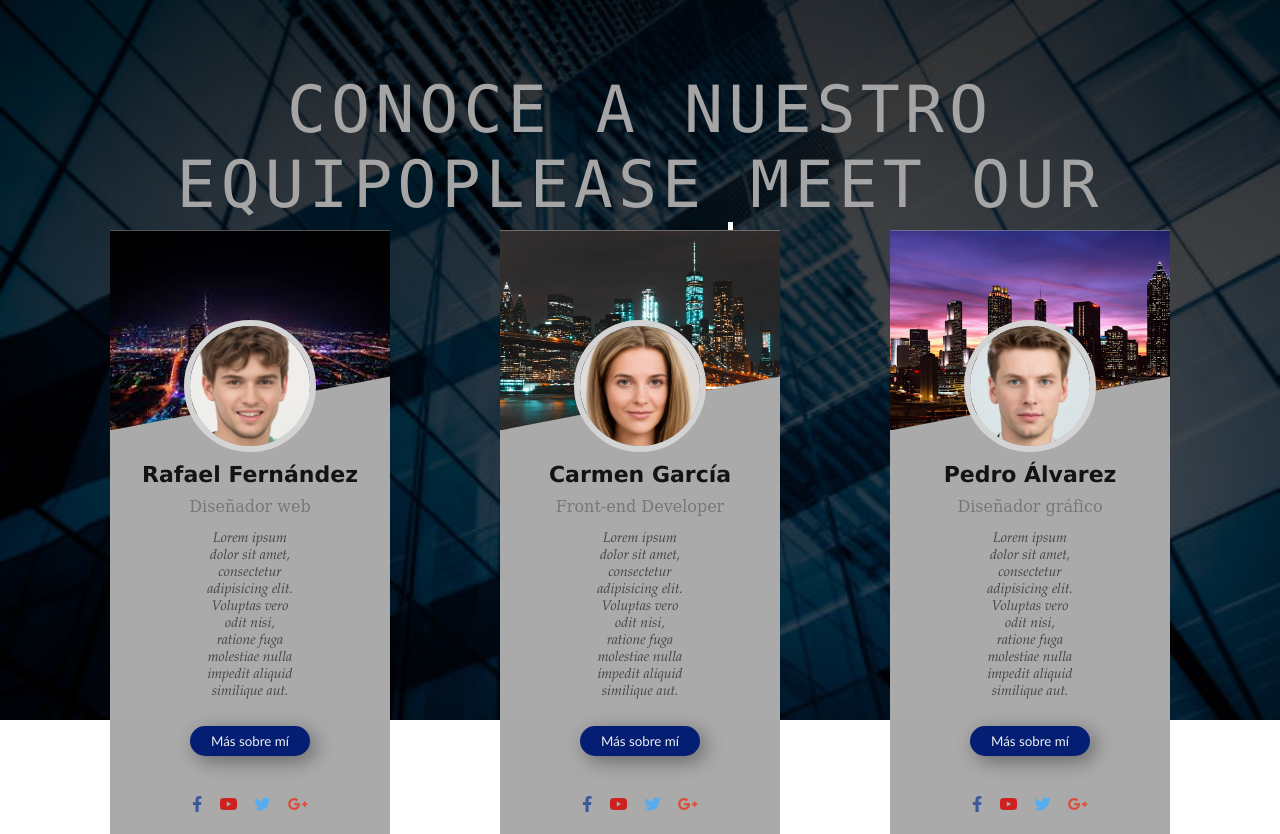
Repository: RaquelAlvarezz/Ejercicios-FormawebIV
Page: Equipo/index.html
These files come from the project's save history. The page is drawn as it stood at one moment and after the next save; the edit follows.
The browser window is 1280 px wide. The pictures show the whole page.

Above is the page before, as saved 2021-11-24 08:56:02.

### Equipo/index.html
<!DOCTYPE html>
<html lang="es">
<head>
  <meta charset="UTF-8">
  <meta http-equiv="X-UA-Compatible" content="IE=edge">
  <meta name="viewport" content="width=device-width, initial-scale=1.0">
  <title>Tarjetas equipo</title>
  <link rel="stylesheet" href="css/styles.css">
  <link rel="stylesheet" href="https://use.fontawesome.com/releases/v5.15.0/css/all.css" integrity="sha384-OLYO0LymqQ+uHXELyx93kblK5YIS3B2ZfLGBmsJaUyor7CpMTBsahDHByqSuWW+q" crossorigin="anonymous">
  <link rel="icon" href="https://w7.pngwing.com/pngs/506/152/png-transparent-computer-icons-teamwork-teamwork-miscellaneous-hand-logo-thumbnail.png">
</head>
<body cz-shortcut-listen="true">
	<div class="container">
		<div class="heading">Conoce a nuestro equipo</div>
		<div class="cards-wrapper">
			<div class="card">
				<img src="img/descarga.jpg" class="image-top" alt="">
				<img src="img/Rafa.jpg" class="profile-image" alt="">
				<h1 class="fullname">Rafael Fernández</h1>
				<p class="job">Diseñador web</p>
				<p class="about-me">Lorem ipsum dolor sit amet, consectetur adipisicing elit. Voluptas vero odit nisi, ratione fuga molestiae nulla impedit aliquid similique aut.</p>
				<button type="button">Más sobre mí</button>
				<ul class="social-icons">
					<li><a href="#"><i class="fab fa-facebook-f"></i></a></li>
					<li><a href="#"><i class="fab fa-youtube"></i></a></li>
					<li><a href="#"><i class="fab fa-twitter"></i></a></li>
					<li><a href="#"><i class="fab fa-google-plus-g"></i></a></li>
				</ul>
			</div>
			<div class="card">
				<img src="img/photo-1500632907344-a073709b2448.jpg" class="image-top" alt="">
				<img src="img/Carmen.jpg" class="profile-image" alt="">
				<h1 class="fullname">Carmen García</h1>
				<p class="job">Front-end Developer</p>
				<p class="about-me">Lorem ipsum dolor sit amet, consectetur adipisicing elit. Voluptas vero odit nisi, ratione fuga molestiae nulla impedit aliquid similique aut.</p>
				<button type="button">Más sobre mí</button>
				<ul class="social-icons">
					<li><a href="#"><i class="fab fa-facebook-f"></i></a></li>
					<li><a href="#"><i class="fab fa-youtube"></i></a></li>
					<li><a href="#"><i class="fab fa-twitter"></i></a></li>
					<li><a href="#"><i class="fab fa-google-plus-g"></i></a></li>
				</ul>
			</div>
			<div class="card">
				<img src="img/unnamed.jpg" class="image-top" alt="">
				<img src="img/Pedro.jpg" class="profile-image" alt="">
				<h1 class="fullname">Pedro Álvarez</h1>
				<p class="job">Diseñador gráfico</p>
				<p class="about-me">Lorem ipsum dolor sit amet, consectetur adipisicing elit. Voluptas vero odit nisi, ratione fuga molestiae nulla impedit aliquid similique aut.</p>
				<button type="button">Más sobre mí</button>
				<ul class="social-icons">
					<li><a href="#"><i class="fab fa-facebook-f"></i></a></li>
					<li><a href="#"><i class="fab fa-youtube"></i></a></li>
					<li><a href="#"><i class="fab fa-twitter"></i></a></li>
					<li><a href="#"><i class="fab fa-google-plus-g"></i></a></li>
				</ul>
			</div>
		</div>
	</div>
	<script src="js/script.js"></script>
</body>
</html>

### Equipo/css/styles.css
@charset "utf-8";
/* CSS Document */

*{
	margin: 0;
	padding: 0;
}

.container{
	width: 100%;
	height: 100vh;
	background: linear-gradient(rgb(0, 0, 0, .8), rgba(0, 0, 0, .6)), url("/Equipo/img/istockphoto-902746420-612x612.jpg") center no-repeat;
	background-size: cover;
}

.heading{
	color: rgb(165, 165, 165);
	font-size: 70px;
	position: absolute;
	top: 10%;
	left: 50%;
	transform:  translateX(-50%);
	font-family: Consolas, "Andale Mono", "Lucida Console", "Lucida Sans Typewriter", Monaco, "Courier New", "monospace";
	text-transform: uppercase;
	letter-spacing: 5px;
	text-align: center;
	white-space: pre-wrap;
}

.heading::after{
	content: '';
	width: 5px;
	height: 55px;
	background-color: #fff;
	position: absolute;
	animation: blinking 1s 3s infinite;
}

@keyframes blinking{
	0%{background-color: #FFFFFF}
	50%{background-color: transparent}
	100%{background-color: #fff}
}

.cards-wrapper{
	width: 80%;
	display: flex;
	justify-content: space-evenly;
	position: relative;
	top: 35%;
	left: 50%;
	transform: translateX(-50%);
}

.card{
	width:  280px;
	background-color: rgb(170, 170, 170);
	display: flex;
	flex-direction: column;
	align-items: center;
	justify-content: space-evenly;
	transition: transform .5s;
}

@keyframes cardAnim{
	0%{opacity: 0}
	100%{opacity: 1}
}

.card:nth-child(1){
	animtion: cardAnim 2s 3s backwards;
}

.card:nth-child(2){
	animtion: cardAnim 2s 3.5s backwards;
}

.card:nth-child(3){
	animtion: cardAnim 2s 4s backwards;
}

.card:hover{
	transform: scale(1.1);
}

.image-top{
	width: 100%;
	height: 220px;
	object-fit: cover;
	-webkit-clip-path: polygon(0 0, 100% 0, 100% 73%, 0% 100%);
	clip-path: polygon(0 0, 100% 0, 100% 73%, 0% 100%);
}

.profile-image{
	width: 120px;
	height: 120px;
	object-fit: cover;
	border-radius: 50%;
	margin-top: -110px;
	z-index: 10;
	border: 6px solid rgb(211, 211, 211);
}

.card h1{
	font-family:'Lucida Sans', 'Lucida Sans Regular', 'Lucida Grande', 'Lucida Sans Unicode', Geneva, Verdana, sans-serif;
	font-size: 22px;
	color: rgb(19, 19, 19);
	margin: 10px;
	text-shadow: #444;
}

.job{
	font-family: Constantia, "Lucida Bright", "DejaVu Serif", Georgia, "serif";
	color: #777;
	font-weight: 300;
}

.about-me{
	font-family: Baskerville, "Palatino Linotype", Palatino, "Century Schoolbook L", "Times New Roman", "serif";
	font-size: 14px;
	width: 90px;
	margin: 15px 0;
	font-style: italic;
	color: #444;
	text-align: center;
}

.card button{
	width: 120px;
	padding: 7px;
	margin: 10px 0;
	background-color: rgb(4, 30, 116);
	border: none;
	outline: none;
	border-radius: 25px;
	font-family: "Gill Sans", "Gill Sans MT", "Myriad Pro", "DejaVu Sans Condensed", Helvetica, Arial, "sans-serif";
	color: #eee;
	box-shadow: 5px 5px 20px rgba(0, 0, 0, .4);
}

.card:hover button{
	animation: buttonRotation 2s 1s linear;
}

@keyframes buttonRotation{
	0% {transform: scale(1) rotateZ(0)}
    5% {transform: scale(1.2) rotateZ(5deg)}
    10% {transform: scale(1.2) rotateZ(-5deg)}
    15% {transform: scale(1.2) rotateZ(5deg)}
    20% {transform: scale(1.2) rotateZ(-5deg)}
    25% {transform: scale(1.2) rotateZ(5deg)}
    30% {transform: scale(1.2) rotateZ(-5deg)}
    35% {transform: scale(1.2) rotateZ(5deg)}
    40% {transform: scale(1.2) rotateZ(-5deg)}
    45% {transform: scale(1.2) rotateZ(5deg)}
    50% {transform: scale(1.2) rotateZ(-5deg)}
    55% {transform: scale(1.2) rotateZ(5deg)}
    60% {transform: scale(1.2) rotateZ(-5deg)}
    65% {transform: scale(1.2) rotateZ(5deg)}
    70% {transform: scale(1.2) rotateZ(-5deg)}
    75% {transform: scale(1.2) rotateZ(5deg)}
    80% {transform: scale(1.2) rotateZ(-5deg)}
    85% {transform: scale(1.2) rotateZ(5deg)}
    90% {transform: scale(1.2) rotateZ(-5deg)}
    95% {transform: scale(1.2) rotateZ(5deg)}
    100% {transform: scale(1) rotateZ(0)}
}

.social-icons{
	width: 150px;
	list-style: none;
	display: flex;
	justify-content: space-evenly;
	margin: 10px 0 20px 0;
	boder-top: 1px solid #999;
	padding-top: 20px;
}

.fa-facebook-f{
	color: #3b5999;
}

.fa-youtube{
	color: #cd201f;
}

.fa-twitter{
	color: #55acee;
}

.fa-google-plus-g{
	color: #dd4b39;
}

@media(max-width: 1300px){
	.heading{
		font-size: 65px;
		width: 80%;
	}
	.cards-wrapper{
		width: 100%;
		top: 32%;
	}
	.image-top{
		height: 200px;
	}
}

@media(max-width: 1000px){
	.container{
		height: 100%;
	}
	.heading{
		width: 90%;
	}
	.cards-wrapper{
		flex-wrap: wrap;
		padding:300px 0 200px 0;
	}
	.card{
		margin: 0 30px 50px 30px;
	}
}

@media(max-width: 700px){
	.heading{
		font-size: 50px;
	}
	.heading::after{
		height: 40px;
	}
}

@media(max-width: 450px){
	.heading{
		font-size: 40px;
	}
	.heading::after{
		height: 33px;
	}
	.cards-wrapper{
		padding: 25px 0 150px 0;
	}
}

### Equipo/js/script.js
// JavaScript Document
const heading = 'Please Meet Our Team';
let i = 0;

const typing = () => {
	if(i < heading.length){
		document.querySelector('.heading').innerHTML += heading.charAt(i);
		i++;

		setTimeout(typing, 150);
	}
}

typing();

After the next save:
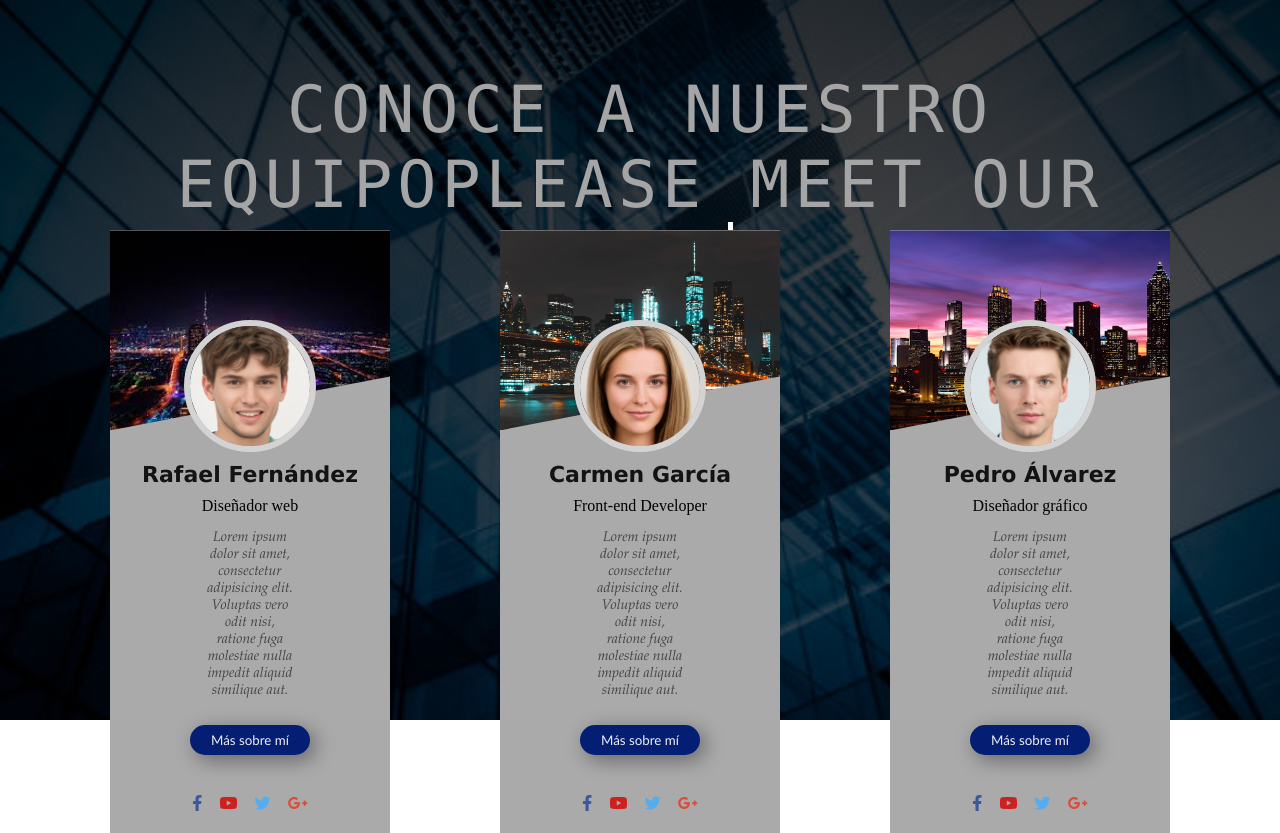
Saved 36 s later.
--- a/Equipo/css/styles.css
+++ b/Equipo/css/styles.css
@@ -110,7 +110,7 @@
 }
 
 .job{
-	font-family: Constantia, "Lucida Bright", "DejaVu Serif", Georgia, "serif";
+	font-family:'Lucida Sans', 'Lucida Sans Regular', 'Lucida Grande', 'Lucida Sans Unicode', Geneva, Verdana, sans-serif
 	color: #777;
 	font-weight: 300;
 }
